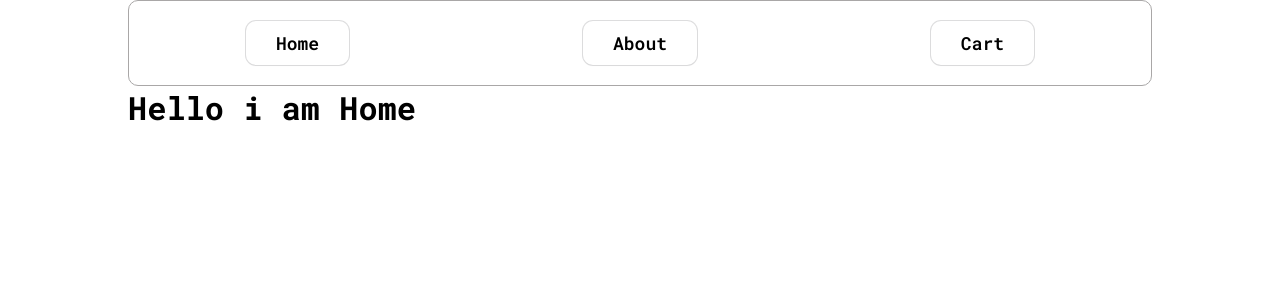
Repository: tuankiet10920/vuejs
Page: /
The author's editor kept a copy of each file at every save. The page is drawn from the files as they stood at one save, then again after the next save.
The browser window is 1280 px wide. The pictures show the whole page.
The project was rebuilt for these pictures with package versions that can differ from the ones it lists, and the page was loaded fresh each time. Also part of the build but not shown: vite.config.js.

Above is the page before, as saved 2024-08-24 11:34:35.

### index.html
<!DOCTYPE html>
<html lang="en">

<head>
  <meta charset="UTF-8">
  <link rel="icon" href="/favicon.ico">
  <meta name="viewport" content="width=device-width, initial-scale=1.0">
  <title>Vite App</title>
  <link rel="stylesheet"
    href="https://fonts.googleapis.com/css2?family=Material+Symbols+Outlined:opsz,wght,FILL,GRAD@24,400,0,0" />
  <link rel="preconnect" href="https://fonts.googleapis.com">
  <link rel="preconnect" href="https://fonts.gstatic.com" crossorigin>
  <link href="https://fonts.googleapis.com/css2?family=Roboto+Mono:ital,wght@0,100..700;1,100..700&display=swap"
    rel="stylesheet">
  <style>
    * {
      margin: 0;
      padding: 0;
      box-sizing: border-box;
      list-style: none;
      text-decoration: none;
      font-family: "Roboto Mono", monospace;
      font-style: normal;
    }

    body {
      width: 100%;
      display: flex;
      justify-content: center;
    }

    #app {
      width: 80%;
    }
  </style>
</head>

<body>
  <div id="app"></div>
  <script type="module" src="/src/main.js"></script>
</body>

</html>

### src/main.js
import { createApp } from 'vue'
import App from './App.vue'
import router from './router'
import lsProduct from '../public/data/lsProduct.json';

if(!localStorage.getItem('lsProduct')){
    localStorage.setItem('lsProduct', JSON.stringify(lsProduct));
}
if(!localStorage.getItem('cart')){
    let cart = [];
    localStorage.setItem('cart', JSON.stringify(cart));
}
const app = createApp(App)

app.use(router)

app.mount('#app')

### src/App.vue
<template>

  <!-- header -->
  <Header />
  <RouterView />

</template>
<script>
import { RouterLink, RouterView } from 'vue-router'
import Header from './components/header.vue'
export default {
  components: {
    Header
  }
}

</script>

### src/router/index.js
import { createRouter, createWebHistory } from 'vue-router'

const router = createRouter({
  history: createWebHistory(import.meta.env.BASE_URL),
  routes: [
    {
      path: '/',
      name: 'home',
      component: () => import('../views/HomeView.vue')
    },
    {
      path: '/about',
      name: 'about',
      component: () => import('../views/AboutView.vue')
    },
    {
      path: '/cart',
      name: 'cart',
      component: () => import('../views/CartView.vue')
    }
  ]
})

export default router

### public/data/lsProduct.json
[
    {
        "id" : 1,
        "name" : "Donna Born In Roma",
        "price" : 1000000,
        "image" : "product-1.webp"
    },
    {
        "id" : 2,
        "name" : "Frangipani Flower Cologne",
        "price" : 2000000,
        "image" : "product-2.webp"
    },
    {
        "id" : 3,
        "name" : "Glossier You Eau",
        "price" : 3000000,
        "image" : "product-3.webp"
    },
    {
        "id" : 4,
        "name" : "Mini Cheirosa",
        "price" : 4000000,
        "image" : "product-4.webp"
    }
]

### src/components/header.vue
<template>
    <div class="header">
        <ul>
            <li>
                <RouterLink to="/">Home</RouterLink>
            </li>
            <li>
                <RouterLink to="/about">About</RouterLink>
            </li>
            <li>
                <RouterLink to="/cart">Cart</RouterLink>
            </li>
        </ul>
    </div>
</template>

<script>
export default {

}
</script>

<style>
.header {
    width: 100%;
    padding: 20px 0px;
    border: 1px solid #a9a7a7;
    border-radius: 10px;
}

.header ul {
    display: flex;
    justify-content: space-around;
    width: 100%;
}

.header ul li {
    box-shadow: rgba(0, 0, 0, 0.02) 0px 1px 3px 0px, rgba(27, 31, 35, 0.15) 0px 0px 0px 1px;
    padding: 10px 30px;
    border-radius: 10px;
}

.header ul li a {
    color: #000;
    font-size: 18px;
    font-weight: 600;
}
</style>

### src/views/HomeView.vue
<template>
  <h1>Hello i am Home</h1>
</template>

After the next save:
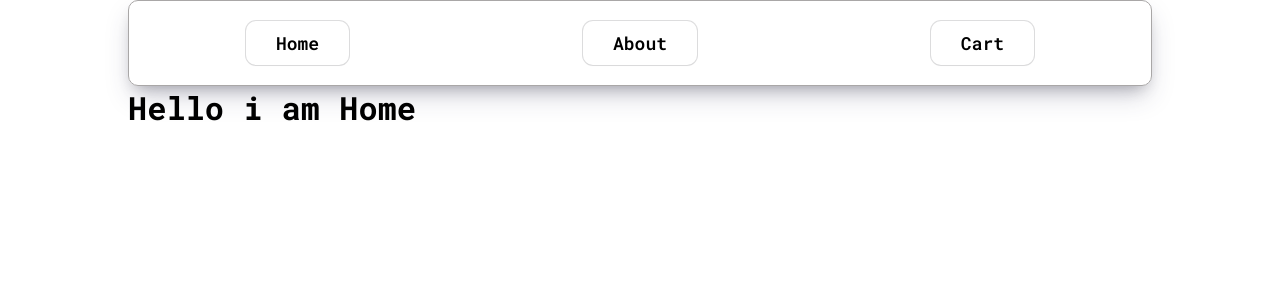
Saved 17 s later.
--- a/src/components/header.vue
+++ b/src/components/header.vue
@@ -26,6 +26,7 @@ export default {
     padding: 20px 0px;
     border: 1px solid #a9a7a7;
     border-radius: 10px;
+    box-shadow: rgba(50, 50, 93, 0.25) 0px 13px 27px -5px, rgba(0, 0, 0, 0.3) 0px 8px 16px -8px;
 }
 
 .header ul {
